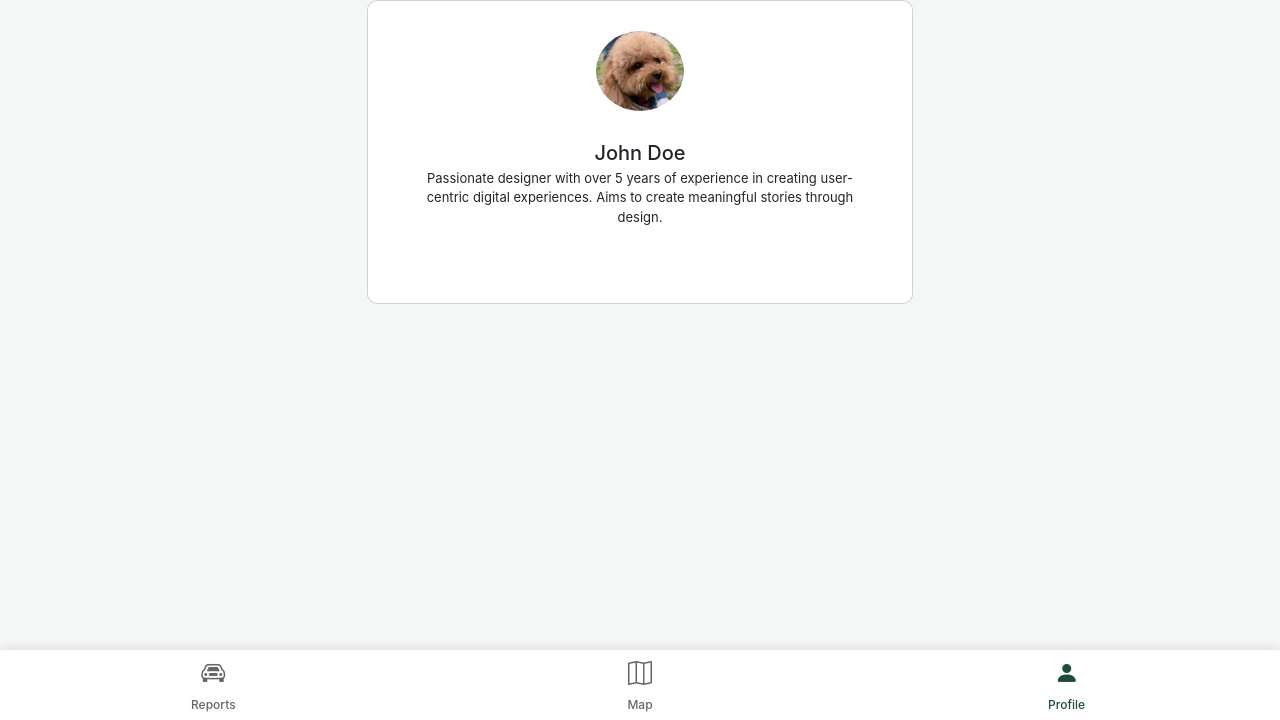
Repository: sukhrajsandhar/1800_202510_BBY8
Page: Profile.html
The author's editor kept a copy of each file at every save. The page is drawn from the files as they stood at one save, then again after the next save.
The browser window is 1280 px wide. The pictures show the whole page.

Above is the page before, as saved 2025-03-03 19:28:27.

### Profile.html
<!DOCTYPE html>
<html lang="en">
<head>
    <meta charset="UTF-8">
    <meta name="viewport" content="width=device-width, initial-scale=1.0">
    <title>StreetSmart - User Profile</title>
    <link href="https://cdn.jsdelivr.net/npm/bootstrap@5.3.2/dist/css/bootstrap.min.css" rel="stylesheet">
    <link href="https://fonts.googleapis.com/icon?family=Material+Icons" rel="stylesheet">
    <link rel="stylesheet" href="https://cdn.jsdelivr.net/npm/bootstrap-icons@1.11.1/font/bootstrap-icons.css">
    <link rel="stylesheet" href="/styles/styles3.css">
    <link rel="stylesheet" href="/styles/styles2.css">
</head>
<body>
    <div class="container">
        <div class="row d-flex justify-content-center">
            <div class="col-md-6">
                <div class="card p-3 py-4">
                    <div class="text-center">
                        <img src="/images/elmo.jpg" width="100" class="rounded-circle">
                    </div>
                    <div class="text-center mt-3">
                        <h5 class="mt-2 mb-0">John Doe</h5>
                        <div class="px-4 mt-1">
                            <p class="fonts">Passionate designer with over 5 years of experience in creating user-centric
                                digital experiences. Aims to create meaningful stories through design.</p>
                        </div>
                        <ul class="social-list">
                            <li><a href="#" class="fab fa-facebook-f"></a></li>
                            <li><a href="#" class="fab fa-twitter"></a></li>
                            <li><a href="#" class="fab fa-instagram"></a></li>
                            <li><a href="#" class="fab fa-linkedin-in"></a></li>
                        </ul>
                    </div>
                </div>
            </div>
        </div>
    </div>
    <!-- Nav bar -->
    <nav class="bottom-nav">
        <a href="Reports.html" class="nav-item">
            <i class="bi bi-car-front"></i>
            <span>Reports</span>
        </a>
        <a href="main.html" class="nav-item">
            <i class="bi bi-map"></i>
            <span>Map</span>
        </a>
        <a href="Profile.html" class="nav-item active">
            <i class="bi bi-person-fill"></i>
            <span>Profile</span>
        </a>
    </nav>

    <script src="https://cdn.jsdelivr.net/npm/bootstrap@5.3.2/dist/js/bootstrap.bundle.min.js"></script>
</body>
</html>

### styles/styles3.css
/* Stylesheet for Profile.html */

body {
    background-color: #f4f7f6;
}

.card {
    border-radius: 10px;
}

.rounded-circle {
    border: 6px solid #fff;
}

.fonts {
    font-size: 13px;
}

.social-list {
    padding: 0;
    list-style-type: none;
    display: flex;
    justify-content: center;
}

.social-list li {
    padding: 10px;
    color: #717171;
    cursor: pointer;
    font-size: 19px;
}

### styles/styles2.css
:root {
  --primary-color: #1e4d3b;
  --secondary-color: #2a6b52;
  --accent-color: #34836b;
  --light-color: #ffffff;
  --dark-color: #213547;
  --shadow-sm: 0 4px 6px rgba(0, 0, 0, 0.1);
  --shadow-md: 0 10px 30px rgba(0, 0, 0, 0.1);
  --gradient: linear-gradient(135deg, var(--primary-color), var(--secondary-color));
  --road-color: #ff7043;
  --lighting-color: #ffca28;
  --trash-color: #7e57c2;
  --graffiti-color: #42a5f5;
  --water-color: #26c6da;
  --other-color: #78909c;
}

* {
  margin: 0;
  padding: 0;
  box-sizing: border-box;
}

h1 {
  text-align: center;
  margin: 20px 0;
}

.scrollable-container {
  position: absolute;
  top: 20;
  left: 0;
  width: 100%;
  height: 80%;
  overflow-y: auto;
  box-shadow: 0 -2px 10px rgba(0, 0, 0, 0.1);
}

body {
  font-family: 'Inter', system-ui, -apple-system, BlinkMacSystemFont, 'Segoe UI', Roboto, Oxygen, Ubuntu, Cantarell, 'Open Sans', 'Helvetica Neue', sans-serif;
  height: 100vh;
  overflow: hidden;
  position: relative;
  color: var(--dark-color);
}

#map { position: absolute; top: 0; bottom: 0%; width: 100%; }


.search-container {
  position: absolute;
  top: 20px;
  left: 50%;
  transform: translateX(-50%);
  width: 90%;
  max-width: 500px;
  display: flex;
  align-items: center;
  z-index: 10;
}

.search-bar {
  flex: 1;
  background-color: white;
  border-radius: 24px;
  padding: 8px 16px;
  display: flex;
  align-items: center;
  box-shadow: var(--shadow-md);
}

.search-bar i {
  color: #666;
  margin-right: 8px;
}

.search-bar input {
  flex: 1;
  border: none;
  outline: none;
  font-size: 16px;
  padding: 4px 0;
}

.report-btn {
  width: 48px;
  height: 48px;
  border-radius: 50%;
  background: var(--gradient);
  color: white;
  border: none;
  margin-left: 12px;
  box-shadow: var(--shadow-md);
  display: flex;
  align-items: center;
  justify-content: center;
  cursor: pointer;
  transition: transform 0.2s;
}

.report-btn:hover {
  transform: scale(1.05);
}

.report-btn.disabled {
  opacity: 0.7;
  cursor: default;
}

.report-btn.disabled:hover {
  transform: none;
}

.report-btn i {
  font-size: 24px;
}

/* Current Location */
.current-location {
  position: absolute;
  bottom: 120px;
  right: 20px;
  z-index: 5;
}

.pulse {
  position: absolute;
  width: 40px;
  height: 40px;
  border-radius: 50%;
  background-color: rgba(33, 150, 243, 0.2);
  animation: pulse 2s infinite;
}

@keyframes pulse {
  0% {
      transform: scale(0.8);
      opacity: 0.8;
  }
  70% {
      transform: scale(2);
      opacity: 0;
  }
  100% {
      transform: scale(0.8);
      opacity: 0;
  }
}

.dot {
  position: absolute;
  top: 50%;
  left: 50%;
  transform: translate(-50%, -50%);
  width: 16px;
  height: 16px;
  border-radius: 50%;
  background-color: #2196f3;
  border: 3px solid white;
  box-shadow: var(--shadow-sm);
}

.layers-btn {
  position: absolute;
  bottom: 120px;
  left: 20px;
  width: 48px;
  height: 48px;
  border-radius: 50%;
  background-color: white;
  border: none;
  box-shadow: var(--shadow-md);
  display: flex;
  align-items: center;
  justify-content: center;
  cursor: pointer;
  z-index: 5;
}

.layers-btn i {
  color: var(--dark-color);
}

.bottom-nav {
  position: fixed;
  bottom: 0;
  left: 0;
  width: 100%;
  height: 70px;
  background-color: white;
  display: flex;
  justify-content: space-around;
  align-items: center;
  box-shadow: 0 -2px 10px rgba(0, 0, 0, 0.1);
  z-index: 10;
}

.nav-item {
  display: flex;
  flex-direction: column;
  align-items: center;
  color: #666;
  text-decoration: none;
  padding: 8px 0;
  transition: color 0.2s, transform 0.2s;
  width: 33.33%;
  justify-content: center;
}

.nav-item:hover {
  transform: translateY(-2px);
}

.nav-item.active {
  color: var(--primary-color);
}

.nav-item i {
  font-size: 24px;
  margin-bottom: 4px;
}

.nav-item span {
  font-size: 12px;
  font-weight: 500;
}

@media (max-width: 768px) {
  .search-container {
      width: 90%;
  }
}

@media (max-width: 480px) {
  .search-container {
      width: 95%;
  }

  .nav-item i {
      font-size: 22px;
  }

  .nav-item span {
      font-size: 11px;
  }
}

After the next save:
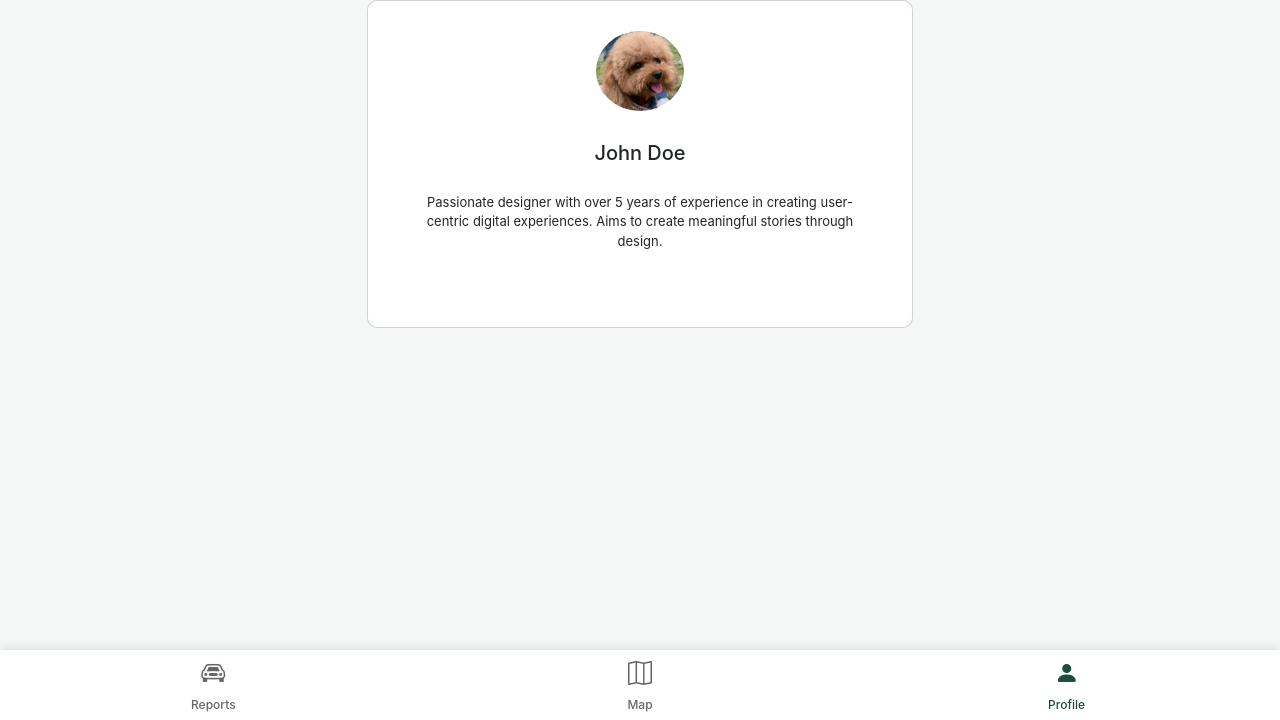
Saved 10 s later.
--- a/Profile.html
+++ b/Profile.html
@@ -19,7 +19,7 @@
                         <img src="/images/elmo.jpg" width="100" class="rounded-circle">
                     </div>
                     <div class="text-center mt-3">
-                        <h5 class="mt-2 mb-0">John Doe</h5>
+                        <h5 class="mt-2 mb-0">John Doe</h5><br>
                         <div class="px-4 mt-1">
                             <p class="fonts">Passionate designer with over 5 years of experience in creating user-centric
                                 digital experiences. Aims to create meaningful stories through design.</p>
